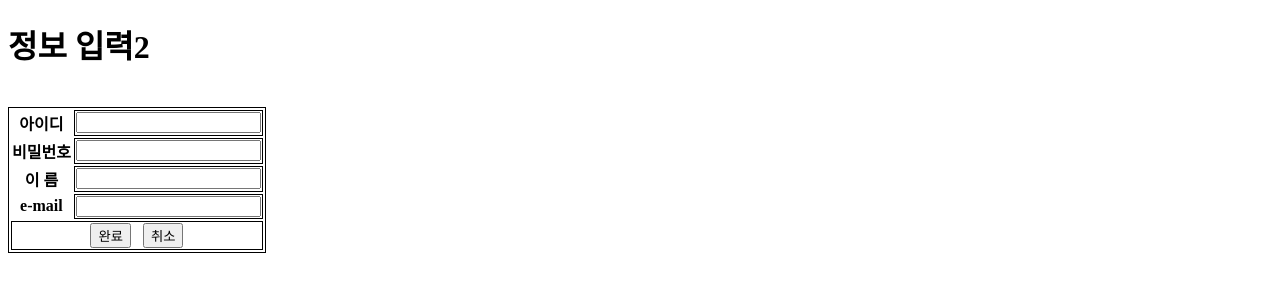
Repository: Jh1227/JSP
Page: http://localhost/12_EL/ex06_collection/memberForm5.jsp
An editor plug-in stored every save of this project. The page is shown before and after the next save, followed by the edit.
The browser window is 1280 px wide. The pictures show the whole page.
The page is served by Tomcat 9.

Above is the page before, as saved 2023-04-10 01:47:40.

After the next save:
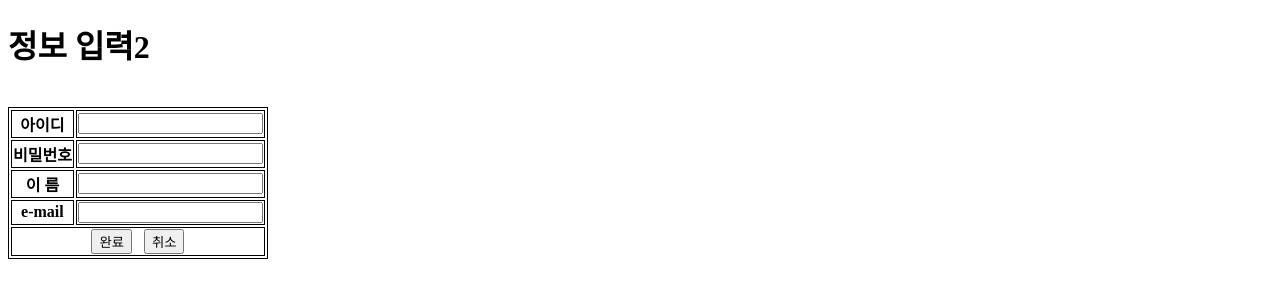
Saved 4 s later.
--- a/12_EL/src/main/webapp/ex06_collection/memberForm5.jsp
+++ b/12_EL/src/main/webapp/ex06_collection/memberForm5.jsp
@@ -9,7 +9,7 @@
 <meta charset="UTF-8">
 <title>memberForm2.jsp</title>
 <style type="text/css">
-table, td  { border: 1px solid black; }
+table, th, td { border: 1px solid black; }
 </style>
 </head>
 <body>
